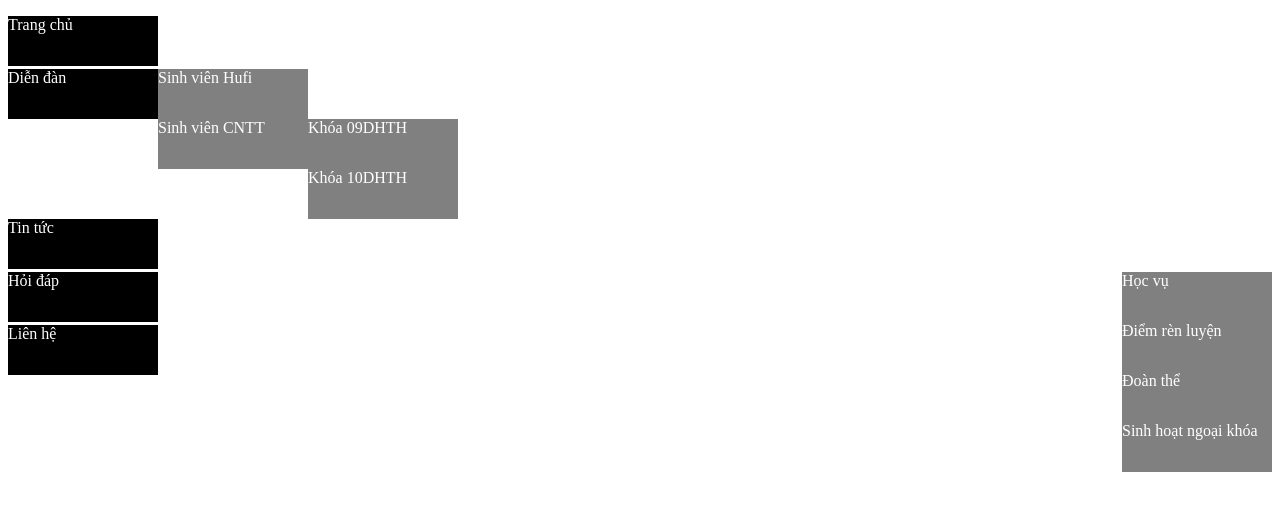
Repository: Tan-Khang21/TH_TKW--Buoi_08
Page: Bai_Tap_Tren_Lop/Bai_02/Bai_02.html
These files come from the project's save history. The page is drawn as it stood at one moment and after the next save; the edit follows.
The browser window is 1280 px wide. The pictures show the whole page.

Above is the page before, as saved 2024-03-12 20:54:03.

After the next save:
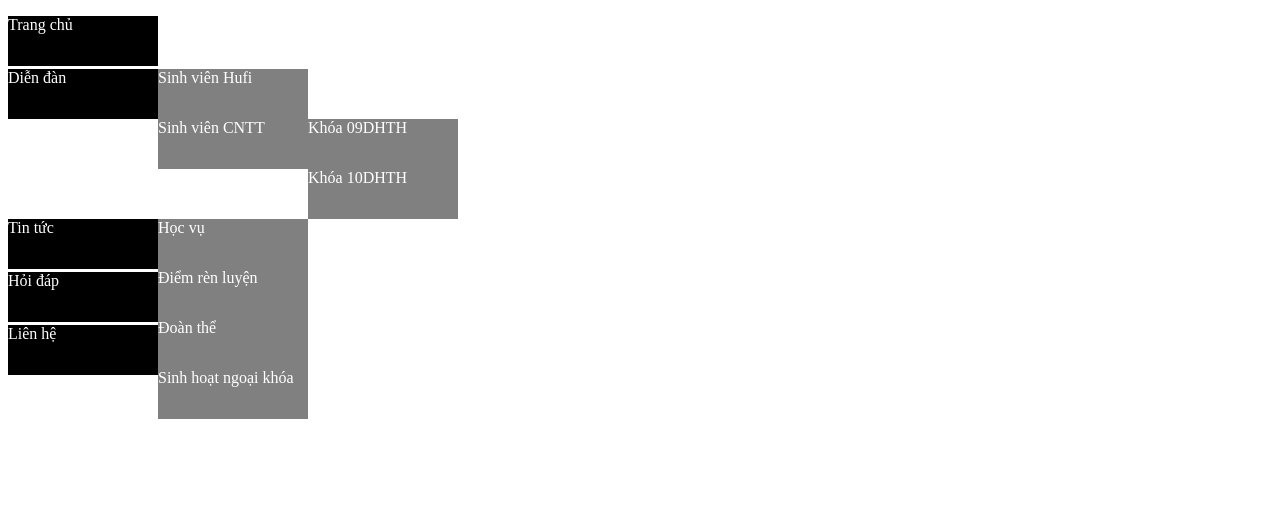
Saved 15 s later.
--- a/Bai_Tap_Tren_Lop/Bai_02/Bai_02.html
+++ b/Bai_Tap_Tren_Lop/Bai_02/Bai_02.html
@@ -23,12 +23,7 @@
         </ul>
       </div>
       <div
-        style="
-          display: flex;
-          align-items: first baseline;
-          position: relative;
-          display: block;
-        "
+        style="display: flex; align-items: first baseline; position: relative"
       >
         <li
           style="display: flex; align-items: first baseline"
@@ -36,7 +31,11 @@
         >
           Tin tức
         </li>
-        <ul type="none" class="list2" style="position: absolute; right: 0">
+        <ul
+          type="none"
+          class="list2"
+          style="position: absolute; transform: translateX(150px)"
+        >
           <li class="list2_item">Học vụ</li>
           <li class="list2_item">Điểm rèn luyện</li>
           <li class="list2_item">Đoàn thể</li>
